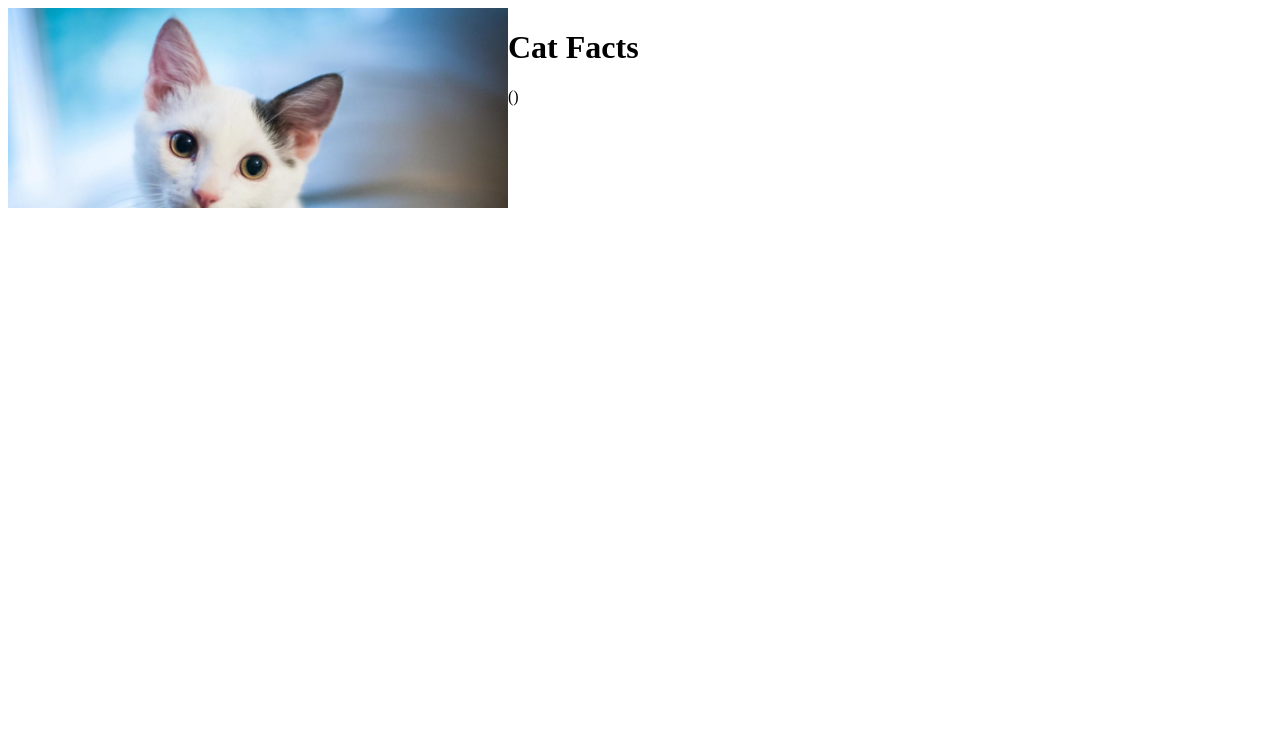
Repository: AustinW24/pg-catfacts
Page: cat-facts.html
An editor plug-in stored every save of this project. The page is shown before and after the next save, followed by the edit.
The browser window is 1280 px wide. The page is 1288 px wide, so the pictures cover 1288 px, including what lies to the right of the window. The pictures show the whole page.
The page's requests for data from a server got no answer.

Above is the page before, as saved 2021-12-29 15:35:20.

After the next save:
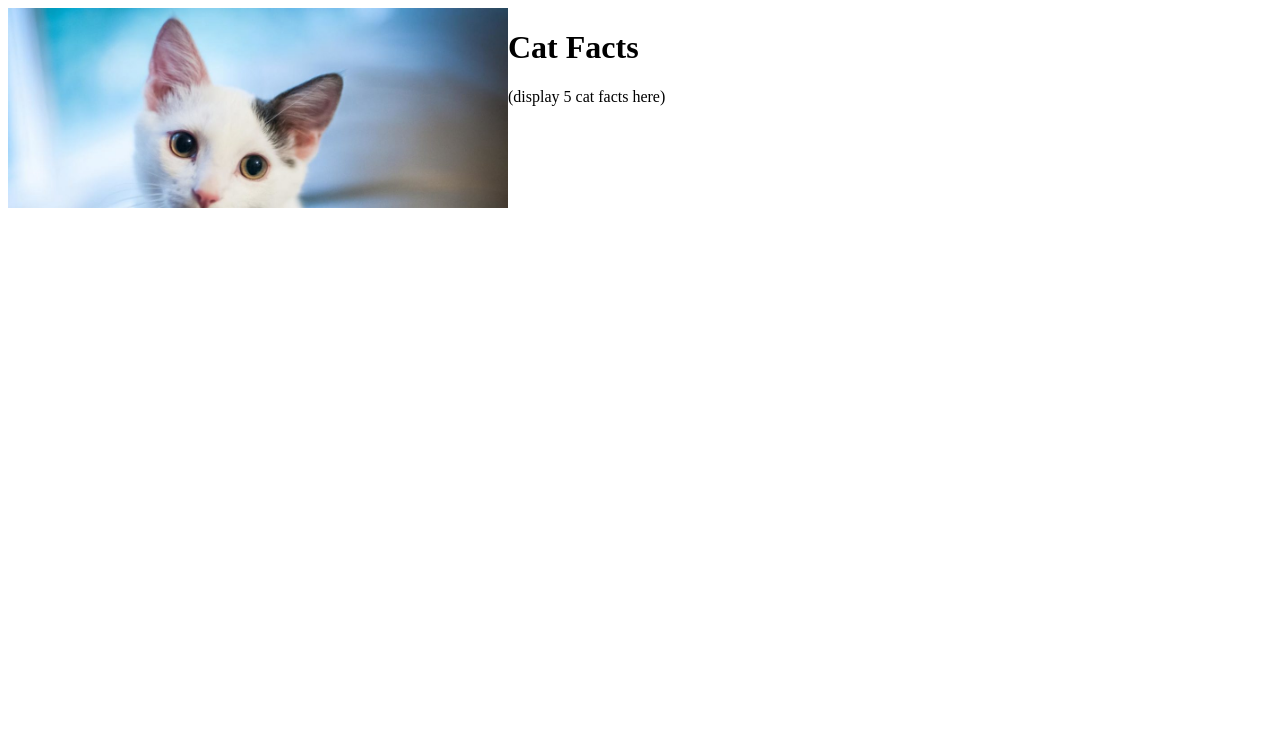
Saved 7 s later.
--- a/cat-facts.html
+++ b/cat-facts.html
@@ -14,7 +14,7 @@
     </div>
     <div class="facts__container">
         <h1>Cat Facts</h1>
-        <p>()</p>
+        <p>(display 5 cat facts here)</p>
     </div>
   </div>
 </body>
